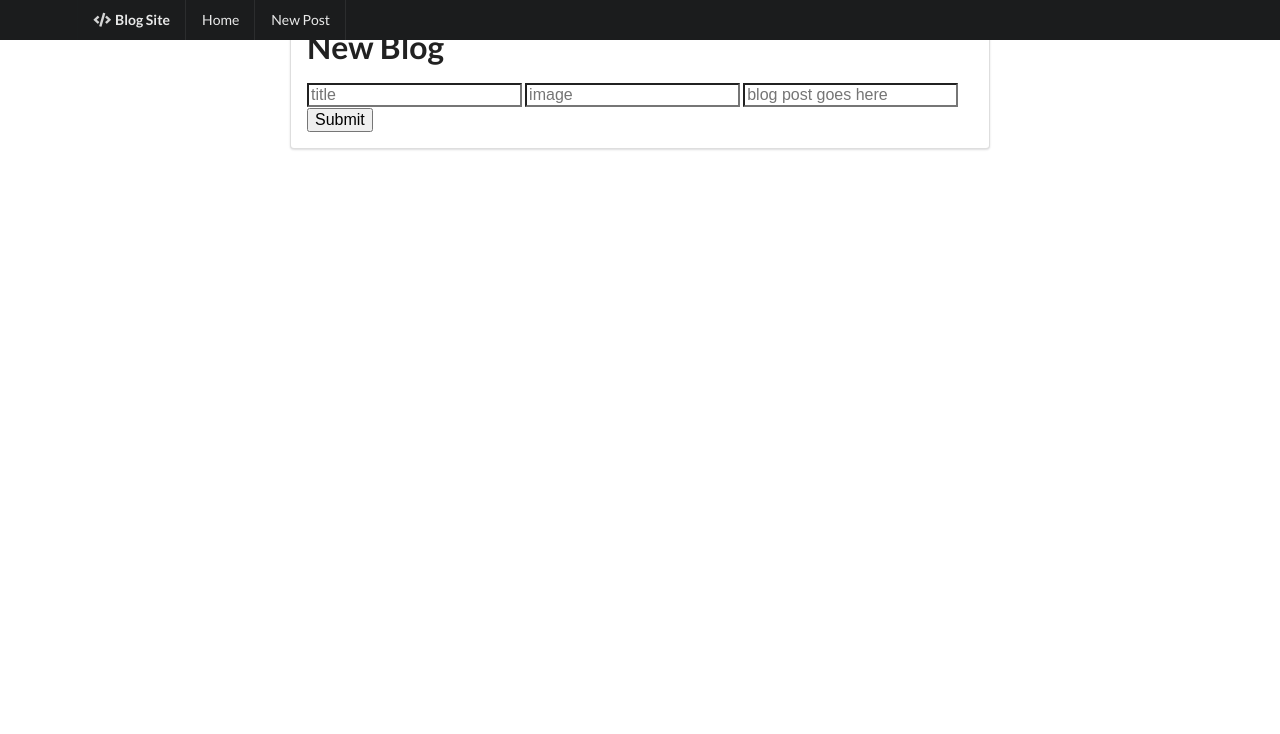
Repository: demioke/web-development-bootcamp
Page: http://localhost/blogs/new
The author's editor kept a record of every edit. The page is drawn from the files as they stood at one moment, then again after the next edit.
The browser window is 1280 px wide. The pictures show the whole page.
Some web libraries are served in a nearby version. The page is served by the project's Node server (RESTful_Routing/RESTfulBlogApp/app.js).

Above is the page before.

### RESTful_Routing/RESTfulBlogApp/views/new.ejs
<% include ./partials/header.ejs %>

<div class="ui main text container segment">
    <div class="ui huge header">New Blog</div>
    <form action="/blogs" method="POST">
        <input type="text" name="blog[title]" placeholder="title">
        <input type="text" name="blog[image]" placeholder="image">
        <input type="text" name="blog[body]" placeholder="blog post goes here">
        <input type="submit">
    </form>
</div>

<% include ./partials/footer.ejs %>

<!--<input type="text" name="blog[title]">-->
<!--What this will do is, instead of making the value for title available directly -->
<!--from req.body.title it will put it inside of an object, like so: req.body.blog.title-->
<!--same goes for "blog[image]" and name="blog[body]".-->
<!--Now all of the values from the inputs in the form get added into one object (req.body.blog) -->
<!--and you can easily input that data into the database simply by passing in req.body.blog to Blog.create()-->

### RESTful_Routing/RESTfulBlogApp/views/partials/header.ejs
<!DOCTYPE html>
<html>
    <head>
        <title>Blog App</title>
        <link rel="stylesheet" type="text/css" href="https://cdnjs.cloudflare.com/ajax/libs/semantic-ui/2.3.2/semantic.min.css">
        <link rel="stylesheet" type="text/css" href="/stylesheets/app.css">
    </head>
    <body>
        <div class="ui fixed inverted menu">
            <div class="ui container">
                <div class="header item"><i class="code icon"></i> Blog Site</div>
                <a href="/" class="item">Home</a>
                <a href="/blogs/new" class="item">New Post</a>
            </div>
        </div>

### RESTful_Routing/RESTfulBlogApp/app.js
var express = require("express");
var app = express();
var bodyParser = require("body-parser");
var mongoose = require("mongoose");
var methodOverride = require("method-override");
var expressSanitizer = require("express-sanitizer");

// APP CONFIG
mongoose.connect("mongodb://localhost/restful_blog_app");
app.set("view engine", "ejs");
app.use(express.static("public")); // allows us to serve custo stylesheets saved in this directory
app.use(bodyParser.urlencoded({extended: true}));
app.use(expressSanitizer()); //has to come after body-parser. allows us to prevent users from entering script tags int htmls
app.use(methodOverride("_method")); // looks for _method in urls to enable html to make PUT and DELETE requests


// MONGOOSE/MODEL CONFIG
var blogSchema = new mongoose.Schema({
    title: String,
    image: String,
    body: String,
    created: {type: Date, default: Date.now} //the date the object i.e. the blog was created. default variable can be used in other obj variabls as used here
});
var Blog = mongoose.model("Blog", blogSchema);

// RESTFUL ROUTES

app.get("/", function(req, res) {
    res.redirect("/blogs");
});

// INDEX ROUTE
app.get("/blogs", function(req, res) {
    Blog.find({}, function(err, blogs) { // find all blogs in DB: "blogs"
        if(err) {
            console.log("ERROR");
        }
        else {
            res.render("index", {blogs: blogs}); // pass all blogs to ejs as "blogs"
        }
    });
});

// NEW ROUTE
app.get("/blogs/new", function(req, res) {
   res.render("new");
});

// CREATE ROUTE
app.post("/blogs", function(req, res) {
    // create blog
    console.log(req.body.blog.body);
    req.body.blog.body = req.sanitize(req.body.blog.body); //sanitizes body of blog
    console.log("=====================");
    console.log(req.body.blog.body);
    Blog.create(req.body.blog, function(err, newBlog) {
        if(err) {
            res.render("new");
        }
        else { // redirect to the index
            res.redirect("/blogs");
        }
    });
});

// SHOW ROUTE
app.get("/blogs/:id", function(req, res) {
    Blog.findById(req.params.id, function(err, foundBlog) {
        if(err) {
            res.redirect("/blogs");
        }
        else {
            res.render("show", {blog: foundBlog});
        }
    });
});

// EDIT ROUTE
app.get("/blogs/:id/edit", function(req, res) {
    Blog.findById(req.params.id, function(err, foundBlog) {
        if(err) {
            res.redirect("/blogs");
        }
        else {
            res.render("edit", {blog: foundBlog});
        }
    });
});

// UPDATE ROUTE
app.put("/blogs/:id", function(req, res) {
    req.body.blog.body = req.sanitize(req.body.blog.body); //sanitizes body of blog
    Blog.findByIdAndUpdate(req.params.id, req.body.blog, function(err, updatedBlog) { // 2nd parameter of fn is the new updated data
        if(err) {
            res.redirect("/blogs");
        }
        else {
            res.redirect("/blogs/" + req.params.id) // redirects back to show page with updated blog
        }
    });
});

// DELETE ROUTE
app.delete("/blogs/:id", function(req, res) {
    //destroy blog
    Blog.findByIdAndRemove(req.params.id, function(err) { // callback fn only takes err argument as blog data may be deleted
        if(err) {
            res.redirect("/blogs");
        }
        else {
            res.redirect("/blogs");
        }
    });
    //redirect somewhere
});

app.listen(process.env.PORT, process.env.IP, function() {
    console.log("SERVER IS RUNNING");
});

### RESTful_Routing/RESTfulBlogApp/public/stylesheets/app.css
i .icon {
    font-size: 4em;
}

Loaded but not shown: RESTful_Routing/RESTfulBlogApp/views/partials/footer.ejs (common file)

After the next edit:
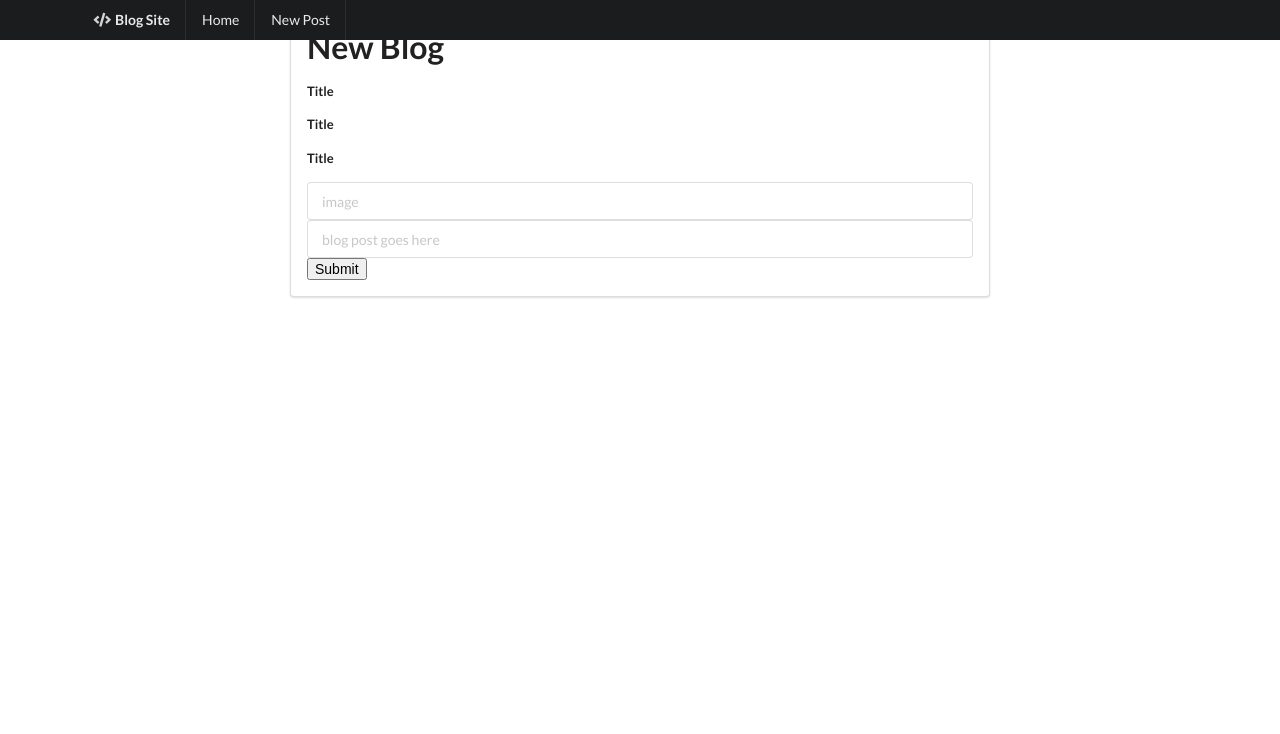
The edit:
--- a/RESTful_Routing/RESTfulBlogApp/views/new.ejs
+++ b/RESTful_Routing/RESTfulBlogApp/views/new.ejs
@@ -2,8 +2,17 @@
 
 <div class="ui main text container segment">
     <div class="ui huge header">New Blog</div>
-    <form action="/blogs" method="POST">
-        <input type="text" name="blog[title]" placeholder="title">
+    <form class="ui form" action="/blogs" method="POST">
+        <div class="field">
+            <label>Title</label>
+        </div>
+        <div class="field">
+            <label>Title</label>
+        </div>
+        <div class="field">
+            <label>Title</label>
+        </div>
+
         <input type="text" name="blog[image]" placeholder="image">
         <input type="text" name="blog[body]" placeholder="blog post goes here">
         <input type="submit">
